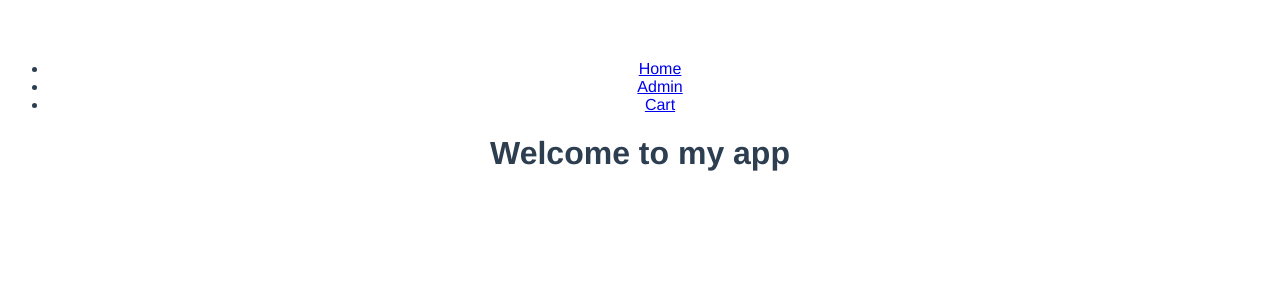
Repository: gandipapa/vue-online-shop-frontend
Page: /
The author's editor kept a copy of each file at every save. The page is drawn from the files as they stood at one save, then again after the next save.
The browser window is 1280 px wide. The pictures show the whole page.
The project was rebuilt for these pictures with package versions that can differ from the ones it lists, and the page was loaded fresh each time. Also part of the build but not shown: src/pages/admin/Index.vue. Imported but missing from the stored project, and not drawn on this page: src/components/products/ProductItem.vue, src/pages/admin/Admin, src/pages/admin/Edit, src/pages/admin/New, src/pages/admin/Products.

Above is the page before, as saved 2021-03-17 14:47:51.

### index.html
<!DOCTYPE html>
<html>
  <head>
    <meta charset="utf-8">
    <meta name="viewport" content="width=device-width,initial-scale=1.0">
    <title>vue-online-shop-frontend</title>
  </head>
  <body>
    <div id="app"></div>
    <!-- built files will be auto injected -->
  </body>
</html>

### src/App.vue
<template>
  <div id="app">
    <nav>
      <div class="container">
        <ul class="nav_left">
          <li>
            <router-link to="/">Home</router-link>
          </li>
          <li>
            <router-link to="/admin">Admin</router-link>
          </li>
          <li>
            <router-link to="/cart">Cart</router-link>
          </li>
        </ul>
      </div>
    </nav>
    <router-view/>
  </div>
</template>

<script>
export default {
  name: 'App'
}
</script>

<style>
#app {
  font-family: 'Avenir', Helvetica, Arial, sans-serif;
  -webkit-font-smoothing: antialiased;
  -moz-osx-font-smoothing: grayscale;
  text-align: center;
  color: #2c3e50;
  margin-top: 60px;
}
</style>

### src/router/index.js
import Vue from 'vue'
import Router from 'vue-router'
// import HelloWorld from '@/components/HelloWorld'
import Home from '@/pages/Home'
import Admin from '@/pages/admin/Admin'
import Cart from '@/pages/Cart'
Vue.use(Router)

export default new Router({
  routes: [
    {
      path: '/',
      name: 'Home',
      component: Home,
    },
    {
      path: '/admin',
      name: 'Admin',
      component: Admin,
    },
    {
      path: '/cart',
      name: 'Cart',
      component:Cart,
    }
  ],
})

### src/pages/Home.vue
<template>
    <div>
        <div class="title">
            <h1>{{msg}}</h1>
        </div>
    </div>
</template>

<script>
    export default{
        name:'home',
        data(){
            return{
                msg:'Welcome to my app'
            };
        },
    }
</script>

### src/pages/Cart.vue
<template>
  <div>
    <div class="title">
      <h1>{{msg}}</h1>
    </div>
    <template v-for="product in cart">
      <product-item  :product="product" :key="product._id"> </product-item>
    </template>
  </div>
</template>
<style>
.product{
  border-bottom: 1px solid black;
}
.product__image{
  width: 100px;
  height: 100px;
}

</style>
<script>
import ProductItem from '@/components/products/ProductItem.vue';
export default {
    name:'home',
    data(){
        return{
            msg:'welcome to the cart page'
        }
    },
    computed:{
        cart() {
            return this.$store.state.cart;
        }
    },
    methods:{
        removeFromCart(productId){
            this.$store.commit('REMOVE_FROM_CART',{
                productId
            });
        }
    },
    components:{
      'product-item':ProductItem
    }
}
</script>

Loaded but not shown: src/main.js (common file)

After the next save:
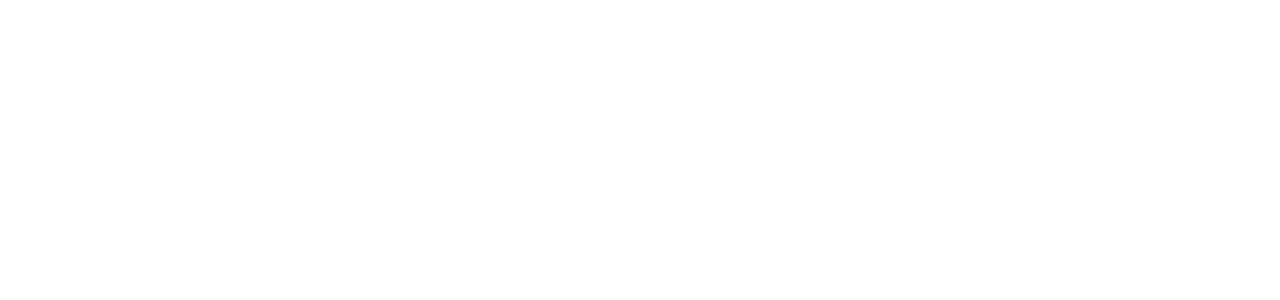
Console error: ReferenceError: New is not defined
Saved 62 min 22 s later.
--- a/src/router/index.js
+++ b/src/router/index.js
@@ -17,6 +17,23 @@
       path: '/admin',
       name: 'Admin',
       component: Admin,
+      children:[
+        {
+          path:'new',
+          name:'New',
+          component:New,
+        },
+        {
+          path:'',
+          name:'Products',
+          component:Products,
+        },
+        {
+          path:'edit/:id',
+          name:'Edit',
+          componet:Edit,
+        }
+      ]
     },
     {
       path: '/cart',

After the 2 saves that followed:
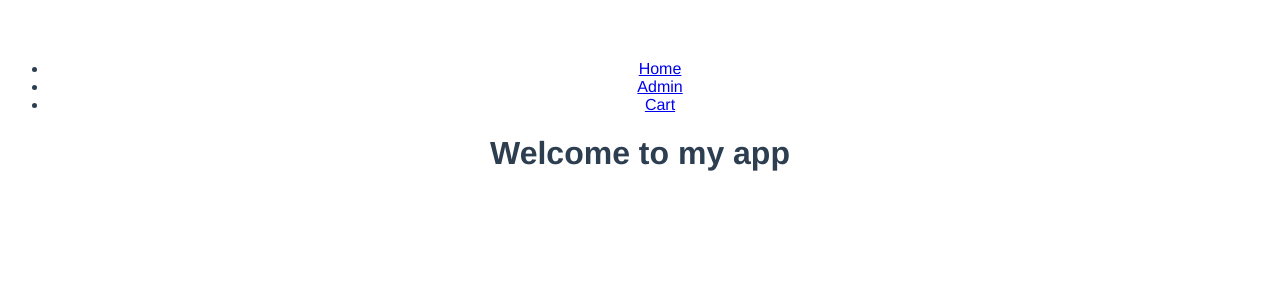
The error is gone.
The 2 saves are shown as one change because 1 left the picture as it was.
The last was saved 2 min 48 s later.
--- a/src/router/index.js
+++ b/src/router/index.js
@@ -2,8 +2,14 @@
 import Router from 'vue-router'
 // import HelloWorld from '@/components/HelloWorld'
 import Home from '@/pages/Home'
-import Admin from '@/pages/admin/Admin'
 import Cart from '@/pages/Cart'
+
+// Admin Components
+import Index from '@/pages/admin/Index';
+import New from '@/pages/admin/New';
+import Products from '@/pages/admin/Products';
+import Edit from '@/pages/admin/Edit';
+
 Vue.use(Router)
 
 export default new Router({
@@ -16,7 +22,7 @@
     {
       path: '/admin',
       name: 'Admin',
-      component: Admin,
+      component: Index,
       children:[
         {
           path:'new',
